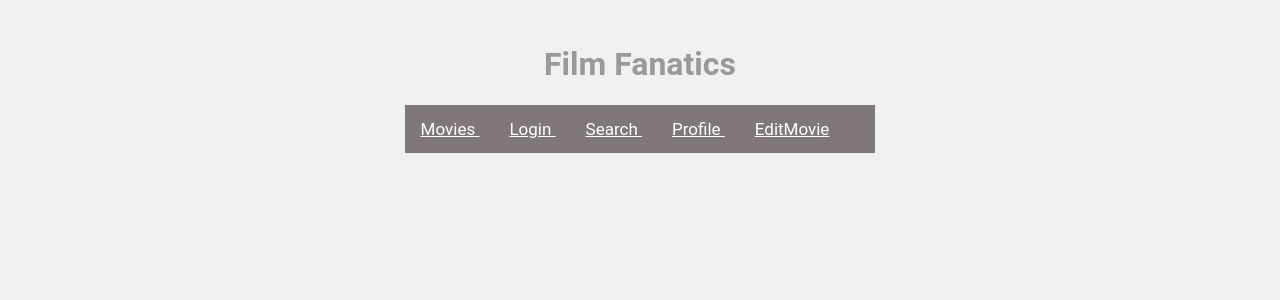
Repository: peterclermy232/To-do-List-
Page: / (app in film_fanatics/)
An editor plug-in stored every save of this project. The page is shown before and after a run of saves, followed by the edit.
The browser window is 1280 px wide. The pictures show the whole page.
The page's requests for data from a server got no answer. The project was rebuilt for these pictures with package versions that can differ from the ones it lists, and the page was loaded fresh each time. No one was signed in, and anything a server would have sent is missing. Also part of the build but not shown: film_fanatics/src/components/Login.js, film_fanatics/src/components/Movie.js, film_fanatics/src/components/Search.js, film_fanatics/src/components/MoviePage.js, film_fanatics/src/components/Profile.js, film_fanatics/src/components/EditMovie.js, film_fanatics/src/components/Update.js.

Above is the page before, as saved 2022-09-15 22:59:41.

### film_fanatics/src/index.js
import React from 'react';
import ReactDOM from 'react-dom';
import { BrowserRouter as Router } from "react-router-dom";
import './index.css';
import App from "./components/App";

ReactDOM.render(
  <Router>
    <App />
  </Router>,
  document.getElementById('root')
);

### film_fanatics/src/index.css
*,
*::before,
*::after {
  box-sizing: border-box;
}

html {
  background-color: #f0f0f0;
}

body {
  color: #999999;
  font-family: 'Roboto','Helvetica Neue', Helvetica, Arial, sans-serif;
  font-style: normal;
  font-weight: 400;
  letter-spacing: 0;
  padding: 1rem;
  text-rendering: optimizeLegibility;
  -webkit-font-smoothing: antialiased;
  -moz-osx-font-smoothing: grayscale;
  -moz-font-feature-settings: "liga" on;
}

#main-header{
justify-content: center;
text-align: center;
}

.centered {
  text-align: center;
}

#random-planeteer{
   border: 0;
   line-height: 2.5;
   padding: 0 20px;
   font-size: 1rem;
   text-align: center;
   color: #fff;
   text-shadow: 1px 1px 1px #000;
   border-radius: 10px;
   background-color: rgba(220, 0, 0, 1);
   background-image: linear-gradient(to top left,
                                     rgba(0, 0, 0, .2),
                                     rgba(0, 0, 0, .2) 30%,
                                     rgba(0, 0, 0, 0));
   box-shadow: inset 2px 2px 3px rgba(255, 255, 255, .6),
               inset -2px -2px 3px rgba(0, 0, 0, .6);
}

input[type='checkbox']{
  text-align: center;
}

.search {
  width: 50%;
  text-align: center;

  position: relative;
  display: block;
  margin: auto;
  padding: 2rem;
}

.searchTerm {
  text-align: center;
  width: 100%;
  border: 3px solid #990033;
  padding: 5px;
  height: 3rem;
  border-radius: 5px;
  outline: none;
  font-size: 1.5rem;
}

img {
  height: auto;
  max-width: 100%;
  vertical-align: middle;
}

.btn {
  background-color: white;
  color: #696969;
}

.btn--block {
  display: block;
  width: 100%;
}

.cards {
  display: flex;
  flex-wrap: wrap;
  list-style: none;
  margin: 0;
  padding: 0;
}

.cards__item {
  display: flex;
  padding: 1rem;
  width: 25%;
}
.navbar {
  justify-self: center;
  background-color: rgb(128, 120, 120);
  margin: 6px;
  color: #f2f2f2;
  text-align: center;
  padding: 14px 16px;
  text-decoration: none;
  font-size: 17px;

}
.navlink {
  padding-right: 30px;
  color:#fff
}
.card {
  background-color: white;
  border-radius: 0.25rem;
  box-shadow: 0 20px 40px -14px rgba(0,0,0,0.25);
  display: flex;
  flex-direction: column;
  overflow: hidden;
}

.card__content {
  display: flex;
  flex: 1 1 auto;
  flex-direction: column;
  padding: 1rem;
}

.card__image {
  background-position: center center;
  background-repeat: no-repeat;
  background-size: cover;
  border-top-left-radius: 0.25rem;
  border-top-right-radius: 0.25rem;
  filter: contrast(70%);
  overflow: hidden;
  position: relative;
  transition: filter 0.5s cubic-bezier(.43,.41,.22,.91);
}

.card__image:hover{
  filter: contrast(100%);
}


.card__title {
  color: #696969;
  font-size: 1.25rem;
  font-weight: 300;
  letter-spacing: 2px;
  text-transform: uppercase;
}

.card__text, .card__detail p {
  flex: 1 1 auto;
  font-size: 0.875rem;
  line-height: 1.5;
  margin-bottom: 1.25rem;
}

.card__detail {
  display: grid;
  grid-template-columns: repeat(3, 1fr);
}

.card__detail p {
  text-align: center;
}

.card__detail button{
  text-align: center;
}

@media(max-width: 700px){
  .cards__item{
    width: 50%;
  }
}




.testimonialsss{
  margin: 0px;
  padding: 0px;
  font-family:poppins;
  box-sizing: border-box;
  background-image:url("https://cdn.commonwealthclub.org/s3fs-public/styles/hero/public/2019-11/hero%20star%20wars.png?itok=waMDC-JL");
  background-position: center;
}

.testimonials{
  display: flex;
  justify-content: center;
  align-items: center;
  flex-direction: column;
  width: 100%;
}

.testimonial-heading{
  letter-spacing: 1px;
  margin: 30px 0px;
  padding: 10px 20px;
  display: flex;
  flex-direction: column;
  justify-content: center;
  align-items:center;
}

.testimonial-heading h3{
  font-size: 2.2rem;
  font-weight: 500;
  background-color: #202020;
  color: #ffffff;
  padding: 10px 20px;
}
.testimonial-heading span{
  font-size: 1.3rem;
  color: #252525;
  margin-bottom: 10px;
  letter-spacing: 2px;
  text-transform: uppercase;
}
.testimonial-box-container{
  display: flex;
  justify-content: center;
  align-items: center;
  flex-wrap: wrap;
  width:100%;
}
.testimonial-box{
  width:500px;
  box-shadow: 2px 2px 30px rgba(0,0,0,0.1);
  background-color: black;
  padding: 20px;
  margin:15px;
  cursor: pointer;
  border-radius:25px;

}
.profile-img{
  width: 50px;
  height: 50px;
  border-radius: 50px;
  overflow: hidden;
  margin-right: 10px;
}
.profile-img img{
  width: 100%;
  height:100%;
  object-fit: cover;
  object-position: center;
}
.profile{
  display:flex;
  align-items:center;
}

.name-user{
  display:flex;
  flex-direction: column;
}
.name-user strong{
  color: #3d3d3d;
  font-size: 1.1rem;
  letter-spacing: 0.5px;
}

.name-user span{
  color: white;
  font-size: 0.8rem;
}

.reviews{
  color: white;
  font-size: 1.1rem;
}
.box-top{
  display:flex;
  justify-content: space-between;
  align-items: center;
  margin-bottom: 20px;
}
.testimonial-box:hover{
  transform: translateY(-10px);
  transition: all ease 0.3s;
}

### film_fanatics/src/components/App.js
import React from "react";
import { Route, Switch } from "react-router-dom";
import { useState, useEffect } from "react";
import Login from "./Login";
import Search from "./Search";
import NavBar from "./NavBar";
import MovieList from "./MovieList";
import MoviePage from "./MoviePage";
import Profile from "./Profile";
import EditMovie from "./EditMovie";
import Update from "./Update";

function App() {
  const [selectedMovie, selectMovie] = useState([])
  const [selected, setSelect] = useState("")
  const [movies, setMovies] = useState([])
  const [user, setUser] = useState(null)

  useEffect(() => {
    fetch("http://localhost:9292/movies")
      .then(r => r.json())
      .then(data => setMovies(data))
  }, [])

  useEffect(() => {
    selectMovie(movies.filter((movie) => {
      return movie.title === selected
    }))
  }, [selected])

  return (
    <div>
      <h1 id="main-header">Film Fanatics</h1>
      <NavBar id="NavBar" />

      <Switch>
        <Route path="/moviePage">
          <MoviePage movie={selectedMovie[0]} />
        </Route>
        <Route path="/search">
          <Search movies={movies} setSelect={setSelect} />
        </Route>
        <Route path="/login">
          <Login user={user} setUser={setUser} />
        </Route>
        <Route path="/profile">
          <Profile user={user} />
        </Route>
        <Route exact path="/">
          <MovieList setSelect={setSelect} movies={movies} />
        </Route>
        <Route exact path="/users/add" component={Update} />
        <Route exact path="/users/edit/:id" component={EditMovie} />
      </Switch>
    </div>
  );
}

export default App;

### film_fanatics/src/components/NavBar.js
import React from "react";
import { NavLink } from "react-router-dom";


function NavBar() {
  return(
  <div className="navbar">
    <nav>
      <NavLink className = "navlink" exact to="/">Movies  </NavLink>
      <NavLink className = "navlink" to="/login">Login  </NavLink>
      <NavLink className = "navlink" to="/search">Search  </NavLink>
      <NavLink className = "navlink" to="/profile">Profile  </NavLink>
      <NavLink className="navlink"  to="/editmovie">EditMovie</NavLink>
    </nav>
  </div>)
}

export default NavBar;

### film_fanatics/src/components/MovieList.js
import Movie from './Movie'
import {useEffect, useState} from 'react'

function MovieList({setSelect, movies}) {

    const [displayData, setDisplay] = useState(false)


    useEffect(()=>{
        setDisplay(
            movies.map((movie)=>{
                return <Movie title = {movie.title} setSelect = {setSelect} release_date = {movie.release_date} cast = {movie.cast} director = {movie.director}  producer = {movie.producer} image_URL = {movie.image_URL} key = {movie.id}/>
                                }
                        )
                    )
    }, [movies])



    return (
        <div>
            <ul className="cards">
                {displayData}
            </ul>
        </div>
    )
}

export default MovieList;

Loaded but not shown: film_fanatics/public/index.html (common file)

After the next 15 saves:
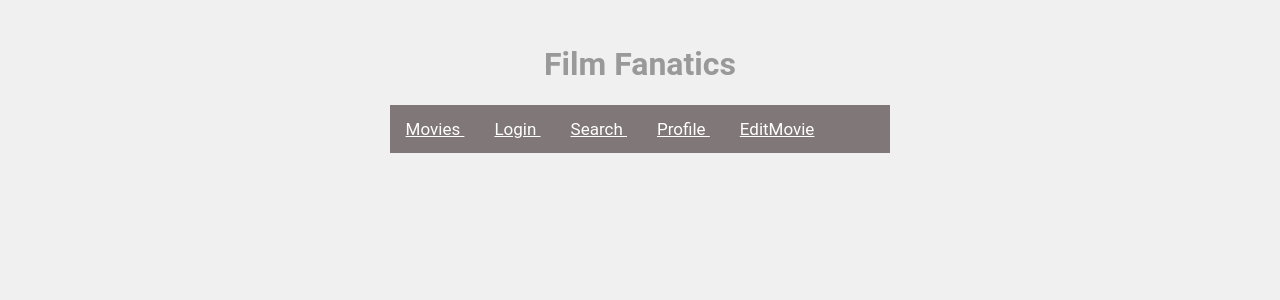
The 15 saves are shown as one change because 4 did not build or start and some came seconds apart.
The last was saved 43 s later.
--- a/film_fanatics/src/components/NavBar.js
+++ b/film_fanatics/src/components/NavBar.js
@@ -11,6 +11,7 @@ function NavBar() {
       <NavLink className = "navlink" to="/search">Search  </NavLink>
       <NavLink className = "navlink" to="/profile">Profile  </NavLink>
       <NavLink className="navlink"  to="/editmovie">EditMovie</NavLink>
+      <NavLink className="navlink" to="/update"></NavLink>
     </nav>
   </div>)
 }
